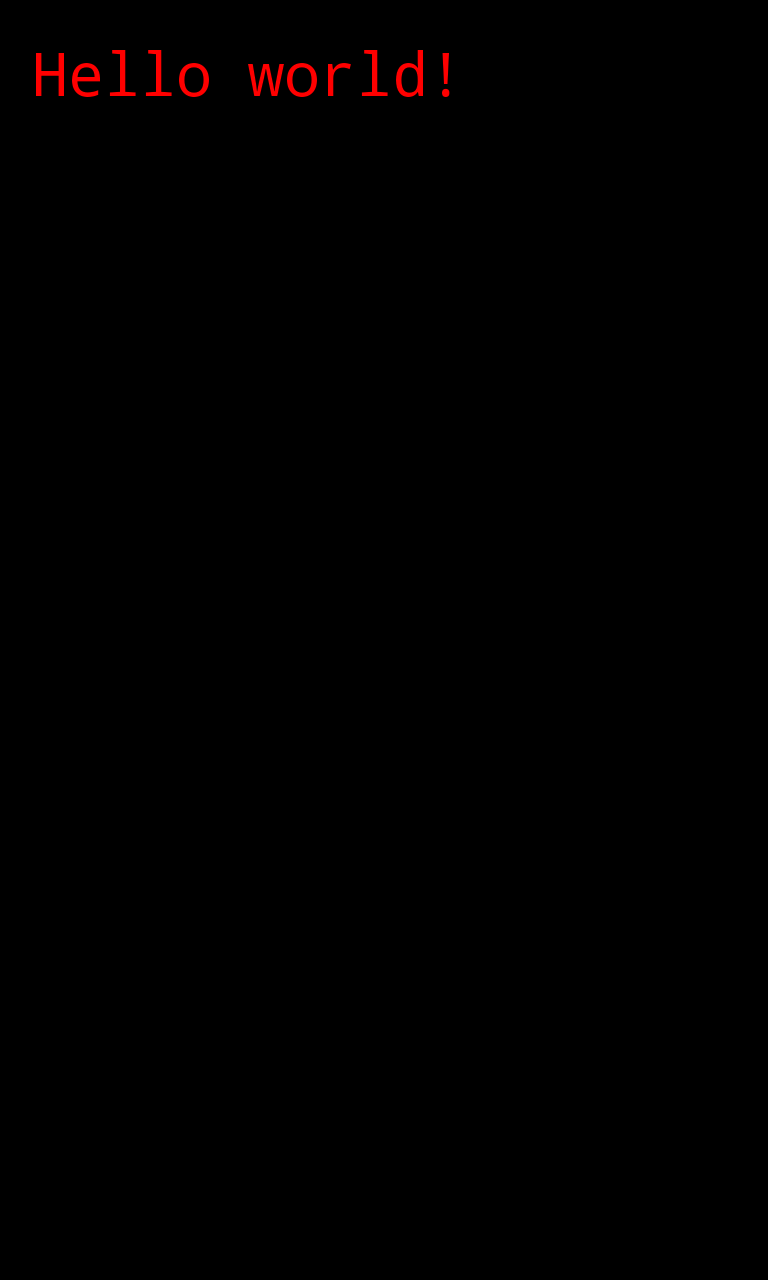
Repository: vamsiampolu/androidworkspace
Layout: StylesAndThemes/res/layout/activity_main.xml
The author's editor kept a copy of each file at every save. The layout is drawn from the files as they stood at one save, then again after the next save.
It is drawn on a 768 x 1280 px phone screen (xhdpi) without system bars, with theme AppTheme; the app's code is not run.

Above is the layout before, as saved 2013-05-10 05:10:43.

### StylesAndThemes/res/layout/activity_main.xml
<RelativeLayout xmlns:android="http://schemas.android.com/apk/res/android"
    xmlns:tools="http://schemas.android.com/tools"
    android:layout_width="match_parent"
    android:layout_height="match_parent"
    android:paddingBottom="@dimen/activity_vertical_margin"
    android:paddingLeft="@dimen/activity_horizontal_margin"
    android:paddingRight="@dimen/activity_horizontal_margin"
    android:paddingTop="@dimen/activity_vertical_margin"
    tools:context=".MainActivity"
    android:background="#000"
     >

    <!-- Using styles is similar to using css it enables the seperation of design from content
    	A style is a collection of properties defined for the view,a theme is a collection of properties
    	of properties applied to the application or activity

    	If a style is applied as a theme every view will have the same properties as the style.

    	Each child of the resources element is converted into an application resource object at compile time
    	and can be referenced by and can be the style's name attribute.

     	To inherit from a system defined theme use the parent attribute of style,
     	to inherit from your style/theme use the name of the style as parentName.Change

     	For a reference of all style properties refer R.attr
     -->
    <TextView
        android:id="@+id/txt_hello"
       	style="@style/myTextStyle.Red.Big"
        android:text="@string/hello_world" />
    <EditText android:id="@+id/edit_hello"
        	  android:layout_toRightOf="@id/txt_hello"
        	  android:layout_marginLeft="15dp"
        	  android:hint="Say Hello...or not"
        	  style="@style/editTextStyle"
	/>
</RelativeLayout>

### StylesAndThemes/res/values/styles.xml
<resources xmlns:android="http://schemas.android.com/apk/res/android">

    <!--
        Base application theme, dependent on API level. This theme is replaced
        by AppBaseTheme from res/values-vXX/styles.xml on newer devices.
    -->
    <style name="AppBaseTheme" parent="android:Theme.Light">
        <!--
            Theme customizations available in newer API levels can go in
            res/values-vXX/styles.xml, while customizations related to
            backward-compatibility can go here.
        -->
    </style>

    <!-- Application theme. -->
    <style name="AppTheme" parent="AppBaseTheme">
        <!-- All customizations that are NOT specific to a particular API-level can go here. -->
    </style>

    <style name="myTextStyle" parent="@android:style/TextAppearance.Medium">
        <item name="android:layout_width">fill_parent</item>
        <item name="android:layout_height">wrap_content</item>
        <item name="android:textColor">#00FF00</item>
        <item name="android:typeface">monospace</item>
    </style>
    <style name="myTextStyle.Red">
        <item name="android:textColor">#FF0000</item>
        </style>
        <style name="myTextStyle.Red.Big">
            <item name="android:textSize">30sp</item>
        </style>
        <style name="editTextStyle" parent="android:style/Widget.EditText">
            <item name="android:background">@drawable/edit_text_rounded</item>
            <item name="android:textColor">#FFF</item>
            <item name="android:layout_width">90dp</item>
            <item name="android:layout_height">wrap_content</item>
        </style>

</resources>

### StylesAndThemes/res/values/strings.xml
<?xml version="1.0" encoding="utf-8"?>
<resources>

    <string name="app_name">Styles and Themes</string>
    <string name="action_settings">Settings</string>
    <string name="hello_world">Hello world!</string>

</resources>

Loaded but not shown: StylesAndThemes/res/values-v11/styles.xml (common file); StylesAndThemes/res/values-v14/styles.xml (common file); StylesAndThemes/res/values/dimens.xml (common file)

After the next save:
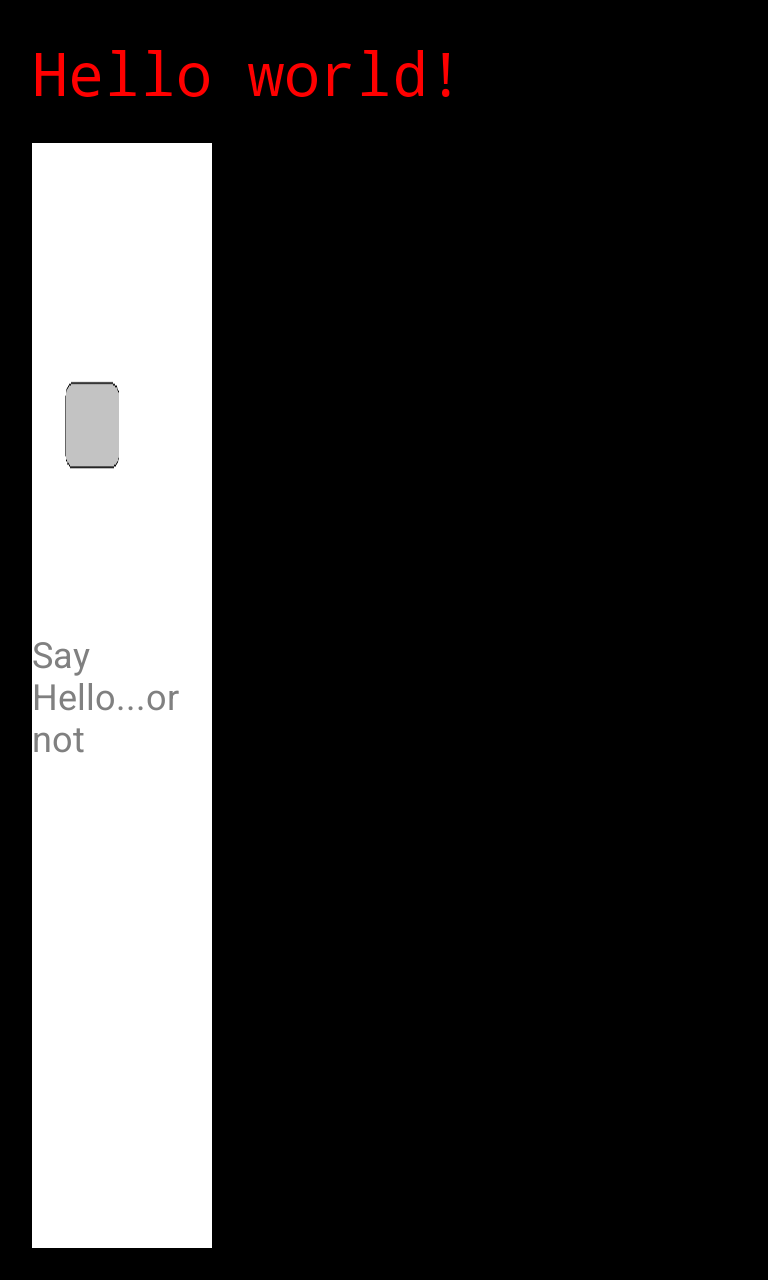
Saved 24 s later.
--- a/StylesAndThemes/res/layout/activity_main.xml
+++ b/StylesAndThemes/res/layout/activity_main.xml
@@ -29,8 +29,8 @@
        	style="@style/myTextStyle.Red.Big"
         android:text="@string/hello_world" />
     <EditText android:id="@+id/edit_hello"
-        	  android:layout_toRightOf="@id/txt_hello"
-        	  android:layout_marginLeft="15dp"
+        	  android:layout_below="@id/txt_hello"
+        	  android:layout_marginTop="15dp"
         	  android:hint="Say Hello...or not"
         	  style="@style/editTextStyle"
 	/>
